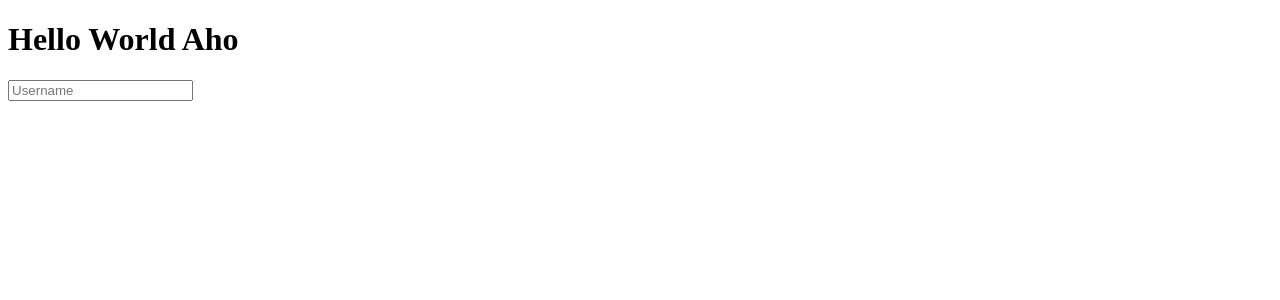
Repository: haosenli/smart-shop
Page: / (app in smart-shop-app/)
An editor plug-in stored every save of this project. The page is shown before and after the next save, followed by the edit.
The browser window is 1280 px wide. The pictures show the whole page.
The project was rebuilt for these pictures with package versions that can differ from the ones it lists, and the page was loaded fresh each time. Also part of the build but not shown: smart-shop-app/vite.config.ts.

Above is the page before, as saved 2023-04-26 13:29:38.

### smart-shop-app/src/App.tsx
import LogIn from "./pages/LogIn";

function App() {
    return (
        <div>
            <LogIn />
        </div>
    );
}

export default App;

### smart-shop-app/src/pages/LogIn.tsx
import TextInput from "../components/TextInput";
import SubmitFormButton from "../components/SubmitFormButton";

function LogIn() {
    const name = "Aho";
    return (
        <>
            <h1>Hello World {name}</h1>
            <TextInput placeholderText="Username" />
        </>
    );
}

export default LogIn;

### smart-shop-app/src/components/TextInput.tsx
interface Props {
    placeholderText: string;
    textInputId: string;
    onDataRequest: () => void;
}

function TextInput({ placeholderText, onDataRequest }: Props) {
    return <input type="text" placeholder={placeholderText}></input>;
}

export default TextInput;

Loaded but not shown: smart-shop-app/index.html (common file); smart-shop-app/src/main.tsx (common file); smart-shop-app/src/index.css (no stored copy; drawn as an empty file)

After the next save:
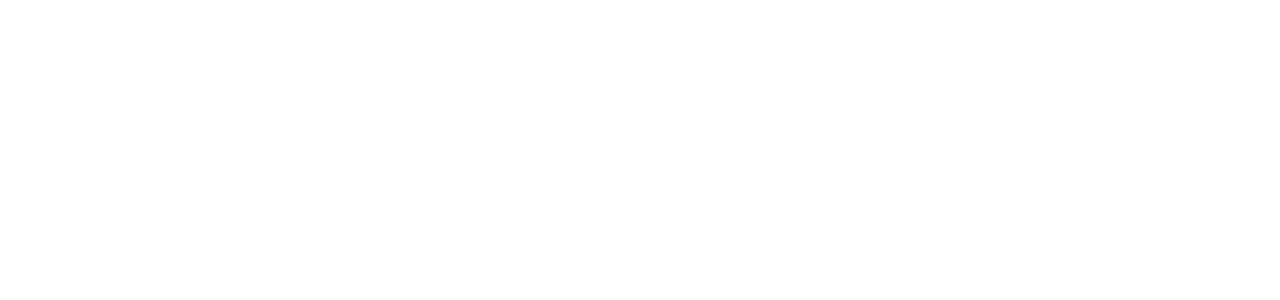
Console error: ReferenceError: textInputId is not defined
Saved 11 s later.
--- a/smart-shop-app/src/components/TextInput.tsx
+++ b/smart-shop-app/src/components/TextInput.tsx
@@ -5,7 +5,13 @@
 }
 
 function TextInput({ placeholderText, onDataRequest }: Props) {
-    return <input type="text" placeholder={placeholderText}></input>;
+    return (
+        <input
+            type="text"
+            id={textInputId}
+            placeholder={placeholderText}
+        ></input>
+    );
 }
 
 export default TextInput;

After the save that followed:
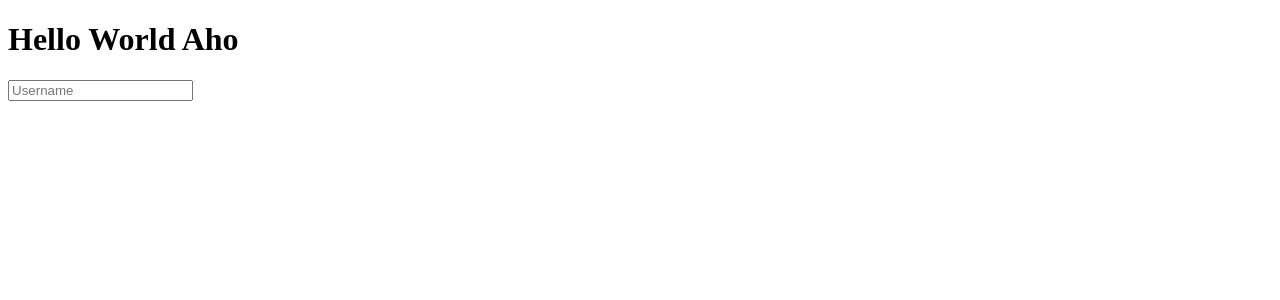
The error is gone.
Saved 7 s later.
--- a/smart-shop-app/src/components/TextInput.tsx
+++ b/smart-shop-app/src/components/TextInput.tsx
@@ -4,7 +4,7 @@
     onDataRequest: () => void;
 }
 
-function TextInput({ placeholderText, onDataRequest }: Props) {
+function TextInput({ placeholderText, textInputId, onDataRequest }: Props) {
     return (
         <input
             type="text"
